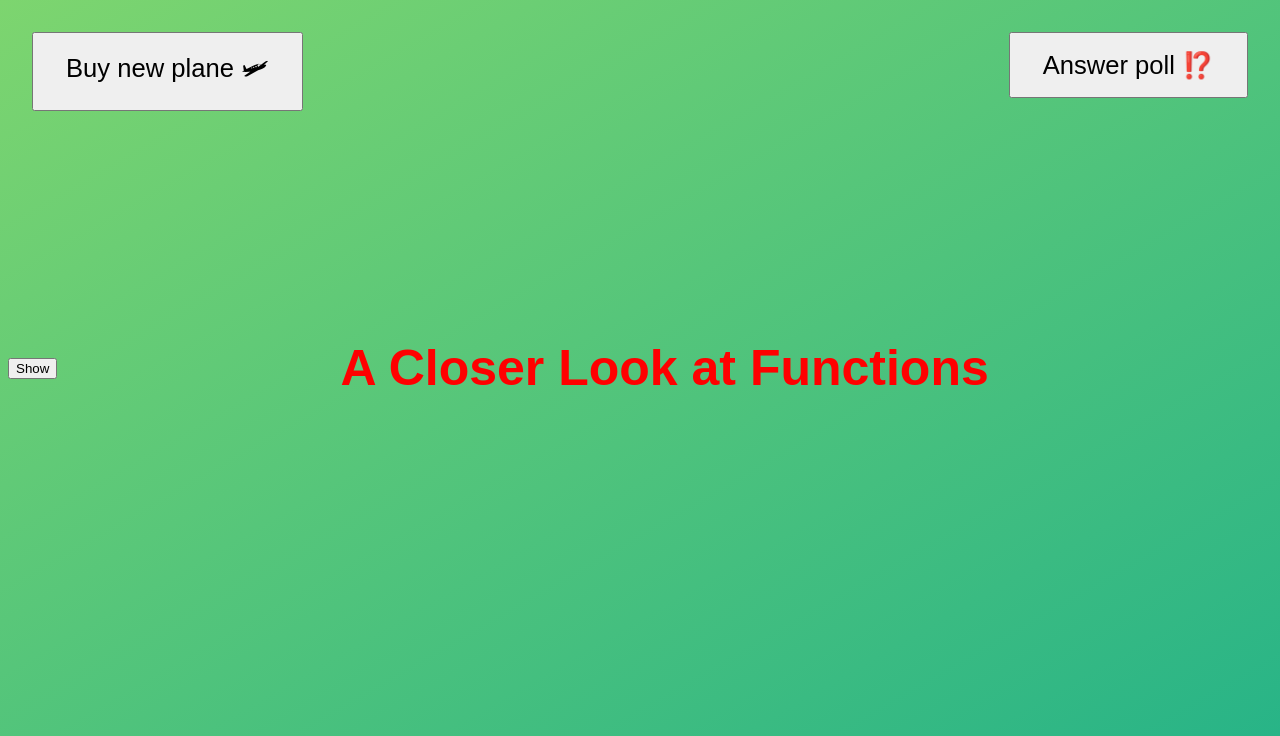
Repository: otvertka/jsc_10
Page: index.html
These files come from the project's save history. The page is drawn as it stood at one moment and after the next save; the edit follows.
The browser window is 1280 px wide. The pictures show the whole page.

Above is the page before, as saved 2023-01-29 15:32:59.

After the next save:
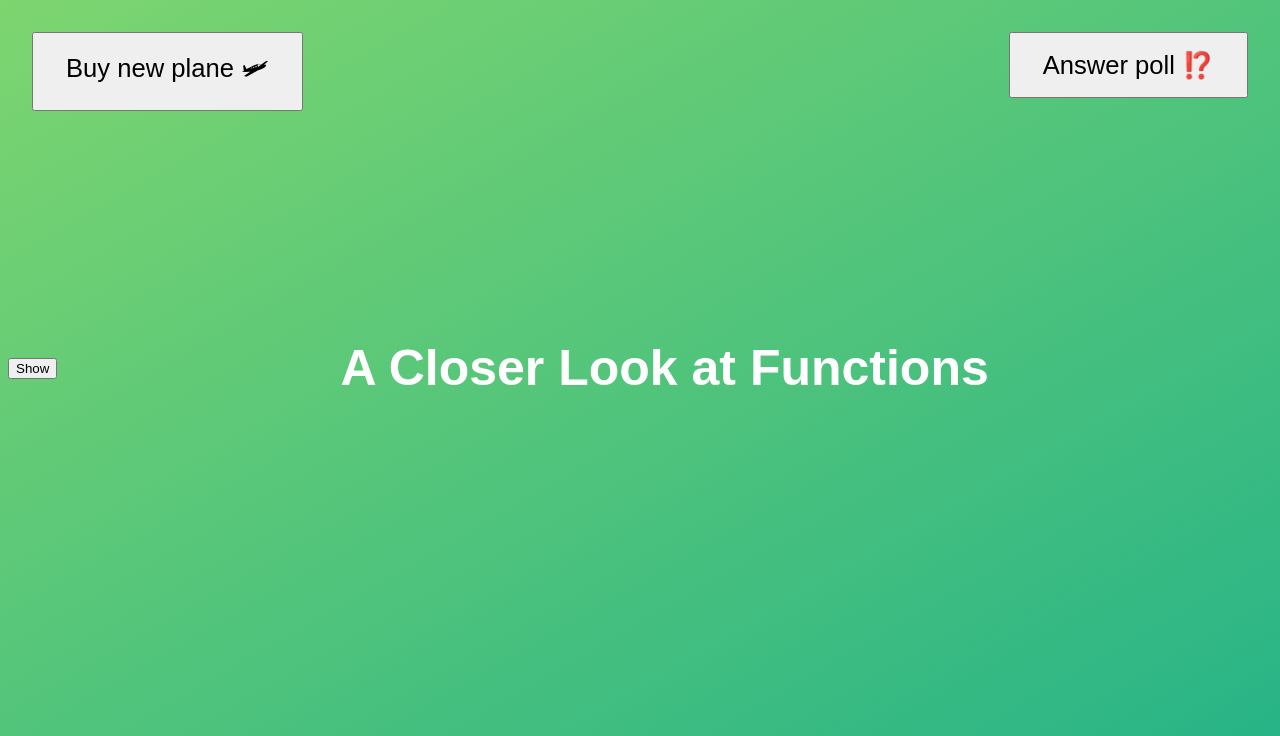
Console error: SyntaxError: Identifier 'value' has already been declared
Saved 19 min 32 s later.
--- a/script.js
+++ b/script.js
@@ -375,15 +375,15 @@
 
 // boardPassengers(180, 3);
 
-//
-(function () {
-  const header = document.querySelector('h1');
-  header.style.color = 'red';
-
-  document.querySelector('body').addEventListener('click', function () {
-    header.style.color = 'blue';
-  });
-})();
+// CHALANGE 2
+// (function () {
+//   const header = document.querySelector('h1');
+//   header.style.color = 'red';
+
+//   document.querySelector('body').addEventListener('click', function () {
+//     header.style.color = 'blue'; // closure
+//   });
+// })();
 
 //LEARN JS
 // let name = 'John';
@@ -487,3 +487,10 @@
 // }
 // let g = f();
 // g();
+
+function f() {
+  let value = 123;
+  let value = 456;
+}
+console.log(value);
+f();
